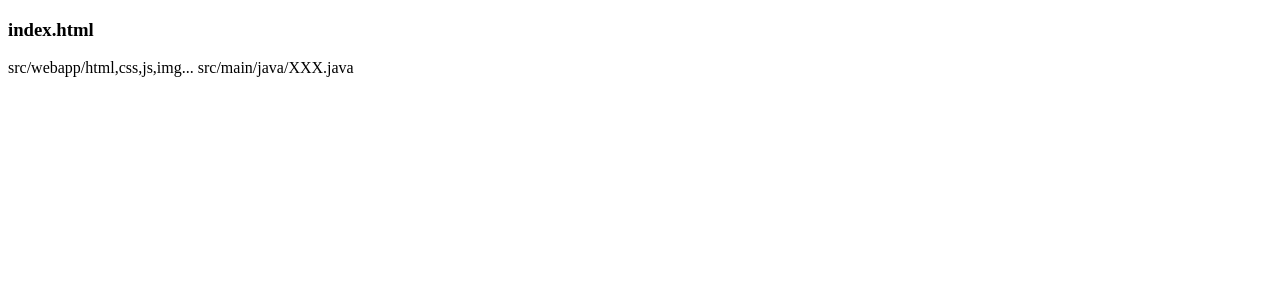
Repository: SouthSea0613/401_Unauthorized_java
Page: hello/src/main/webapp/index.html
These files come from the project's save history. The page is drawn as it stood at one moment and after the next save; the edit follows.
The browser window is 1280 px wide. The pictures show the whole page.

Above is the page before, as saved 2024-11-29 02:28:04.

### hello/src/main/webapp/index.html
<!DOCTYPE html>
<html>
<head>
<meta charset="UTF-8">
<title>Insert title here</title>
</head>
<body>
	<h3>index.html</h3>
	src/webapp/html,css,js,img...
	src/main/java/XXX.java
</body>
</html>

After the next save:
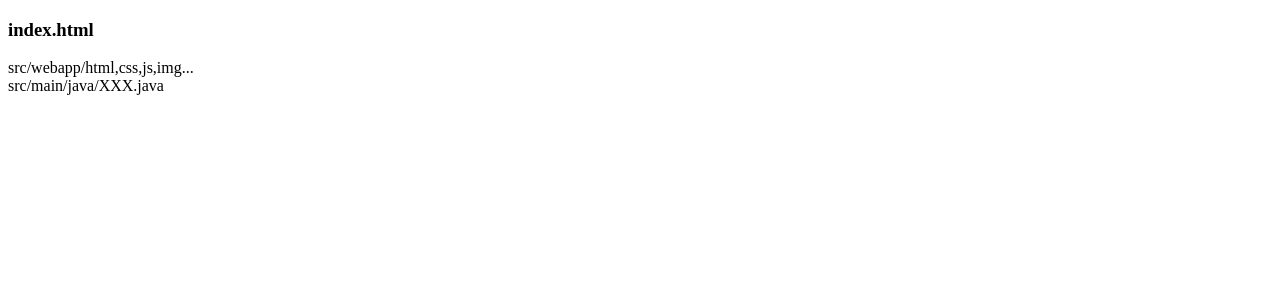
Saved 45 s later.
--- a/hello/src/main/webapp/index.html
+++ b/hello/src/main/webapp/index.html
@@ -6,7 +6,7 @@
 </head>
 <body>
 	<h3>index.html</h3>
-	src/webapp/html,css,js,img...
-	src/main/java/XXX.java
+	src/webapp/html,css,js,img...<br>
+	src/main/java/XXX.java<br>
 </body>
 </html>
